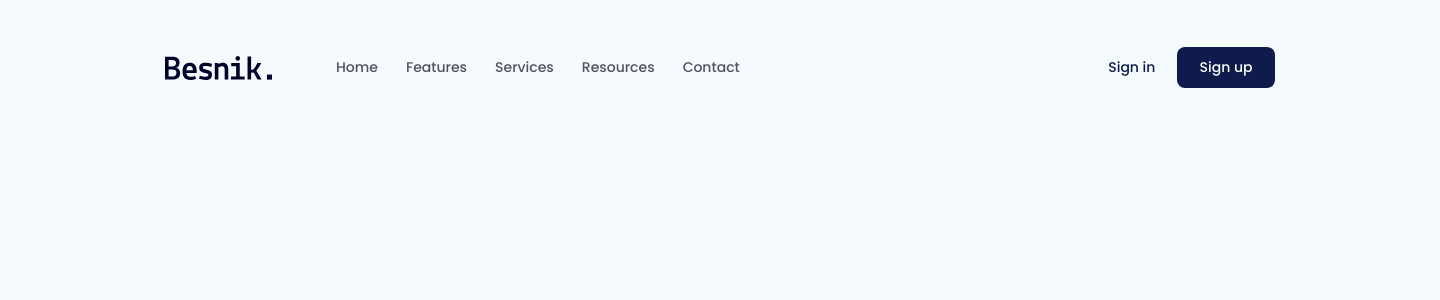
Repository: Tctiensk/f8-htmlcss-01
Page: index.html
The author's editor kept a copy of each file at every save. The page is drawn from the files as they stood at one save, then again after the next save.
The browser window is 1280 px wide. The page is 1440 px wide, so the pictures cover 1440 px, including what lies to the right of the window. The pictures show the whole page.

Above is the page before, as saved 2022-11-29 14:16:05.

After the next save:
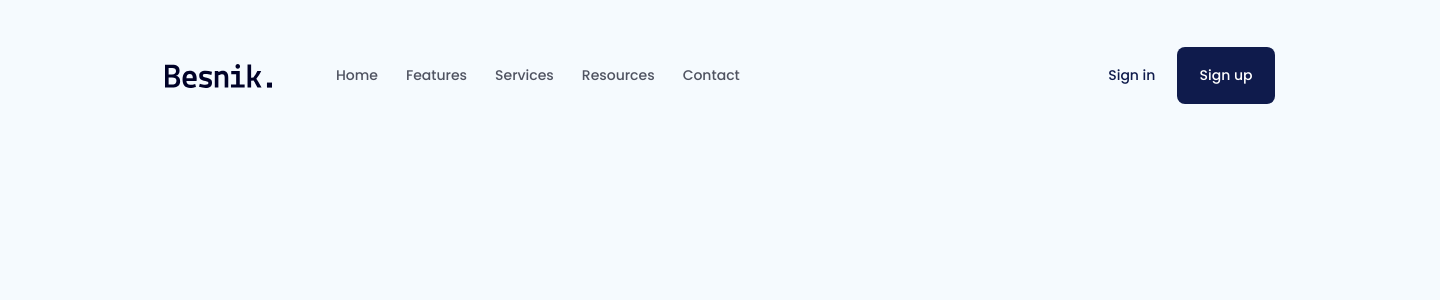
Saved 30 s later.
--- a/assets/css/style.css
+++ b/assets/css/style.css
@@ -60,5 +60,5 @@
     text-align: center;
     color: #ffffff;
     margin-left: 18px;
-    padding: 10px 10px;
+    padding: 18px 16px;
 }
